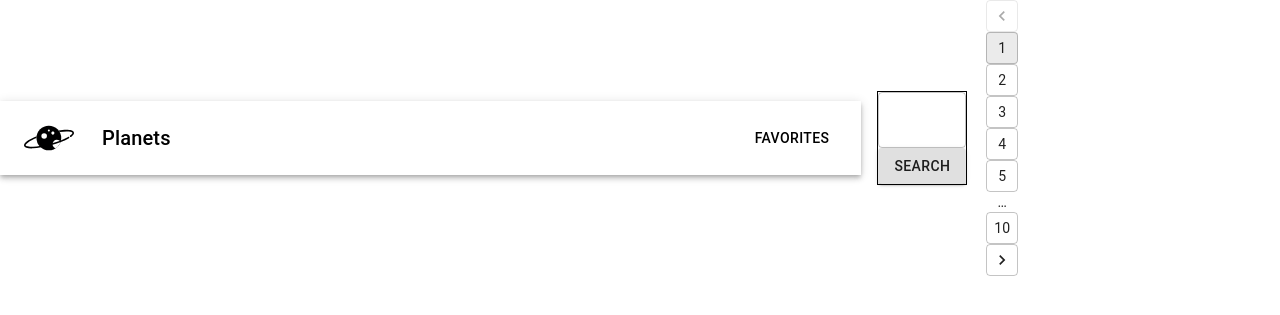
Repository: samridhie01/assignment
Page: /
An editor plug-in stored every save of this project. The page is shown before and after a run of saves, followed by the edit.
The browser window is 1280 px wide. The pictures show the whole page.
The page's requests for data from a server got no answer. The project was rebuilt for these pictures with package versions that can differ from the ones it lists, and the page was loaded fresh each time. No one was signed in, and anything a server would have sent is missing. Also part of the build but not shown: src/components/planets/Planets.tsx.

Above is the page before, as saved 2020-08-20 12:47:11.

### src/components/app/App.tsx
import React, { useEffect, useState } from "react";
import HomePage from "../homePage/homePage";




const App = () => {

  return (
    <>
    <HomePage />
    </>

  );
};
export default App;

### src/components/homePage/homePage.tsx
import React, { useEffect, useState } from "react";
import { useStyles } from "./HomePageStyle";
import Header from "../header/Header";
import Planets from "../planets/Planets";
import SearchBox from "../searchBox/SearchBox";
import { getPlanetData } from "./PlanetRetrievalService";
import Pagination from "@material-ui/lab/Pagination";

const HomePage = () => {
  const [planetData, setPlanetData] = useState<Object[]>([]);

  const classes = useStyles();

  useEffect(() => {
    getPlanetData().then(res => {
      setPlanetData(res.data.results);
    });
  }, []);

  return (
    <div className={classes.flexContainer}>
      <Header />
      <SearchBox />
      <div className={classes.item}>
        {planetData &&
          planetData.map((element: any, index: number) => {
            return <Planets name={element.name} climate={element.climate} />;
          })}
      </div>
      <Pagination
        count={10}
        defaultPage={1}
        variant="outlined"
        shape="rounded"
      />
    </div>
  );
};
export default HomePage;

### src/components/homePage/HomePageStyle.ts
import {makeStyles, createStyles, Theme} from '@material-ui/core/styles';

export const useStyles = makeStyles((theme: Theme) => createStyles({
  flexContainer: {
   display: 'inline-flex',
   flexFlow: 'row nowrap',
   alignItems: 'center',
   minWidth: '0'

  },
  item: {
    alignSelf: 'flex-end'
  },
  title: {
    flexGrow: 1,
  },

}));

### src/components/header/Header.tsx
import React from "react";
import AppBar from "@material-ui/core/AppBar";
import {Toolbar, makeStyles, createStyles, IconButton, Button,Theme} from "@material-ui/core";
import {ReactComponent as PlanetIcon} from "../../assets/planet.svg";
import Typography from "@material-ui/core/Typography";

const useStyles = makeStyles((theme: Theme) =>
  createStyles({
    root: {
      flexGrow: 1,
    },
    menuButton: {
      marginRight: theme.spacing(2),
    },
    title: {
      flexGrow: 1,
    },
    logo: {
       width: 50,
       height: 50
      },
  }),
);


const Header =  ()=>{
    const classes=useStyles();
return(
<AppBar color="inherit"  position="static">
    <Toolbar>
        <IconButton edge="start" className={classes.menuButton} color="inherit" aria-label="menu">
        <PlanetIcon className={classes.logo}/>
        </IconButton>
        <Typography variant="h6" className={classes.title}>
            Planets
        </Typography>
        <Button color="inherit">Favorites</Button>
    </Toolbar>
</AppBar>
)


}

export default Header;

### src/components/searchBox/SearchBox.tsx
import React from "react";
import { Button, Box, TextField, Theme, makeStyles, createStyles } from "@material-ui/core";

const useStyles = makeStyles((theme: Theme) =>
  createStyles({
    dotted: {
         display: "flex",
         flexDirection: "column"
    }
  }),
);

const Planets = () => {
    const classes= useStyles();
  return (
    <>

    <Box height="250%" border={1} m={2} width={200} display="inline-block" className={classes.dotted}>
     <TextField variant="outlined"/>
     <Button variant="contained">Search</Button>
      </Box>
    </>
  );
};

export default Planets;

### src/components/homePage/PlanetRetrievalService.ts
import axios from 'axios';


export const getPlanetData= async()=>{
   const res = await axios({
        method: 'GET',
        url: `https://swapi.dev/api/planets`
      });
      return res;
}

Loaded but not shown: public/index.html (common file); src/index.tsx (common file); src/index.css (common file); src/serviceWorker.ts (common file)

After the next 2 saves:
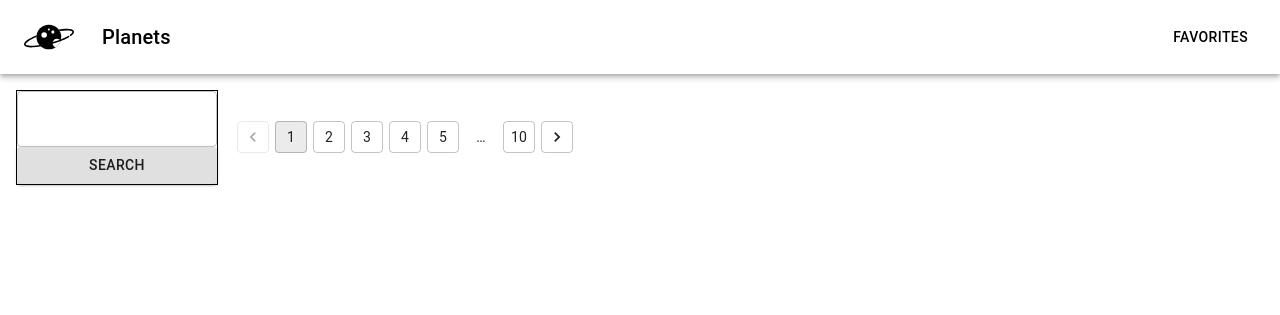
The 2 saves are shown as one change because 1 did not build or start.
The last was saved 46 s later.
--- a/src/components/homePage/homePage.tsx
+++ b/src/components/homePage/homePage.tsx
@@ -18,8 +18,10 @@ const HomePage = () => {
   }, []);
 
   return (
+    <>
+    <Header />
     <div className={classes.flexContainer}>
-      <Header />
+
       <SearchBox />
       <div className={classes.item}>
         {planetData &&
@@ -34,6 +36,7 @@ const HomePage = () => {
         shape="rounded"
       />
     </div>
+    </>
   );
 };
 export default HomePage;
